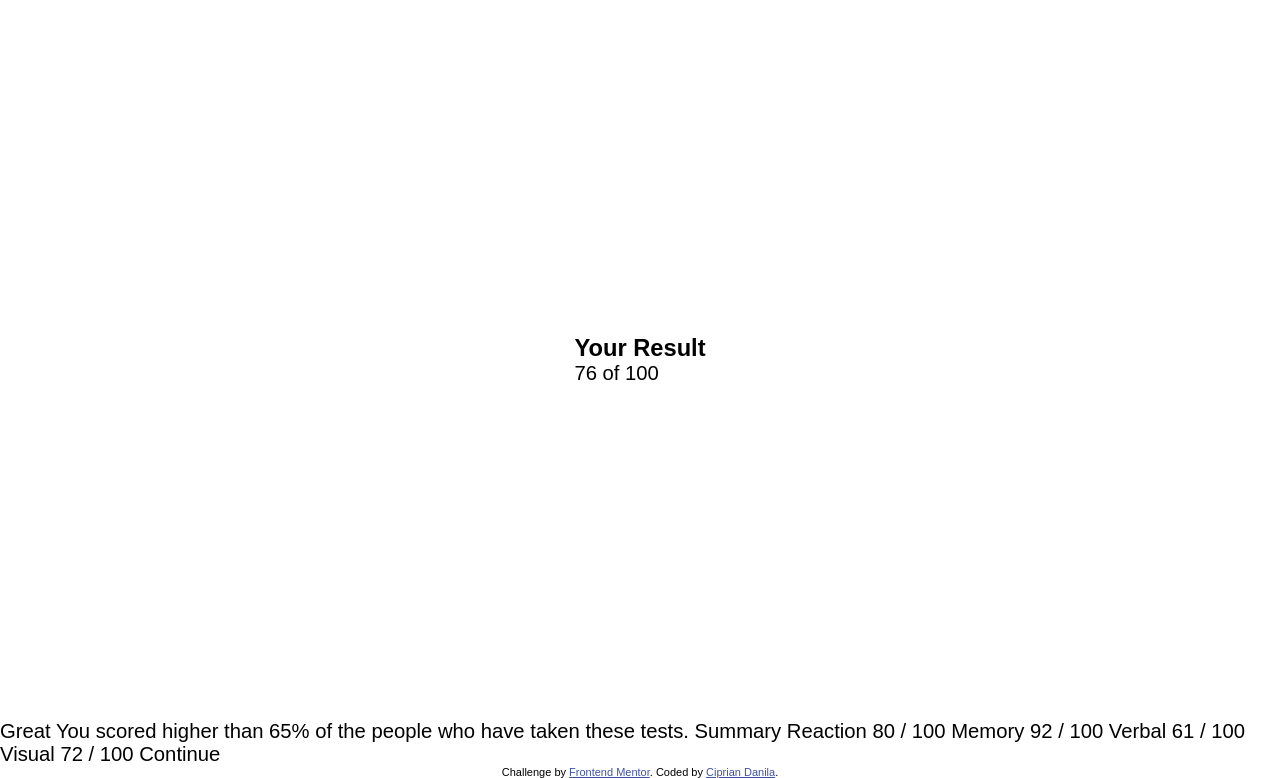
Repository: cipdanila/results-summary-component
Page: index.html
An editor plug-in stored every save of this project. The page is shown before and after the next save, followed by the edit.
The browser window is 1280 px wide. The pictures show the whole page.

Above is the page before, as saved 2024-02-01 20:12:19.

### index.html
<!DOCTYPE html>
<html lang="en">
<head>
  <meta charset="UTF-8">
  <meta name="viewport" content="width=device-width, initial-scale=1.0"> <!-- displays site properly based on user's device -->

  <link rel="icon" type="image/png" sizes="32x32" href="./assets/images/favicon-32x32.png">
  <link rel="stylesheet" href="styles.css">
  <title>Frontend Mentor | Results summary component</title>

</head>
<body>
  <main>
    <div class="card">
      <div class="result">
        <h3>Your Result</h3>
        <div class="score">
          76
          of 100
        </div>
      </div>
      <div class="summary">

      </div>
    </div>
  </main>




  Great
  You scored higher than 65% of the people who have taken these tests.

  Summary

  Reaction
  80 / 100

  Memory
  92 / 100

  Verbal
  61 / 100

  Visual
  72 / 100

  Continue

  <footer>
    <div class="attribution">
        Challenge by
        <a
            href="https://www.frontendmentor.io/challenges/results-summary-component-CE_K6s0maV/hub"
            target="_blank"
            rel="noopener noreferer"
            >Frontend Mentor</a
        >. Coded by <a href="https://github.com/cipdanila" target="_blank" rel="noopener noreferer">Ciprian Danila</a>.
    </div>
</footer>
</body>
</html>

### styles.css
@import url('https://fonts.googleapis.com/css2?family=Hanken+Grotesk:wght@500;700;800&display=swap');

:root {
    /* Colors */
    /* Primary */
    --light-red: hsl(0, 100%, 67%);
    --orange-yellow: hsl(39, 100%, 56%);
    --green-teal: hsl(166, 100%, 37%);
    --cobalt-blue: hsl(234, 85%, 45%);
    /* Gradients */
    --light-slate-blue: hsl(252, 100%, 67%);    /*  (background) */
    --light-royal-blue: hsl(241, 81%, 54%);    /* (background) */

    --violet-blue: hsla(256, 72%, 46%, 1); /* (circle) */
    --persian-blue: hsla(241, 72%, 46%, 0);    /* (circle) */
    /* Neutral */
    --white: hsl(0, 0%, 100%);
    --pale-blue: hsl(221, 100%, 96%);
    --light-lavender: hsl(241, 100%, 89%);
    --dark-gray-blue: hsl(224, 30%, 27%);
}

*, *::after, *::before {
    box-sizing: border-box;
    margin: 0;
    padding: 0;
}

body, html {
    height: 100%;
    font-family: "Outfit", sans-serif;
    font-size: 1.125rem;                /* 18px */
    font-weight: 300;
    background-color: var(--white);
}

main {
    display: flex;
    justify-content: center;
    align-items: center;
    height: 100%;
}

.attribution {
    font-size: 11px;
    text-align: center;
}
.attribution a {
    color: hsl(228, 45%, 44%);
}

After the next save:
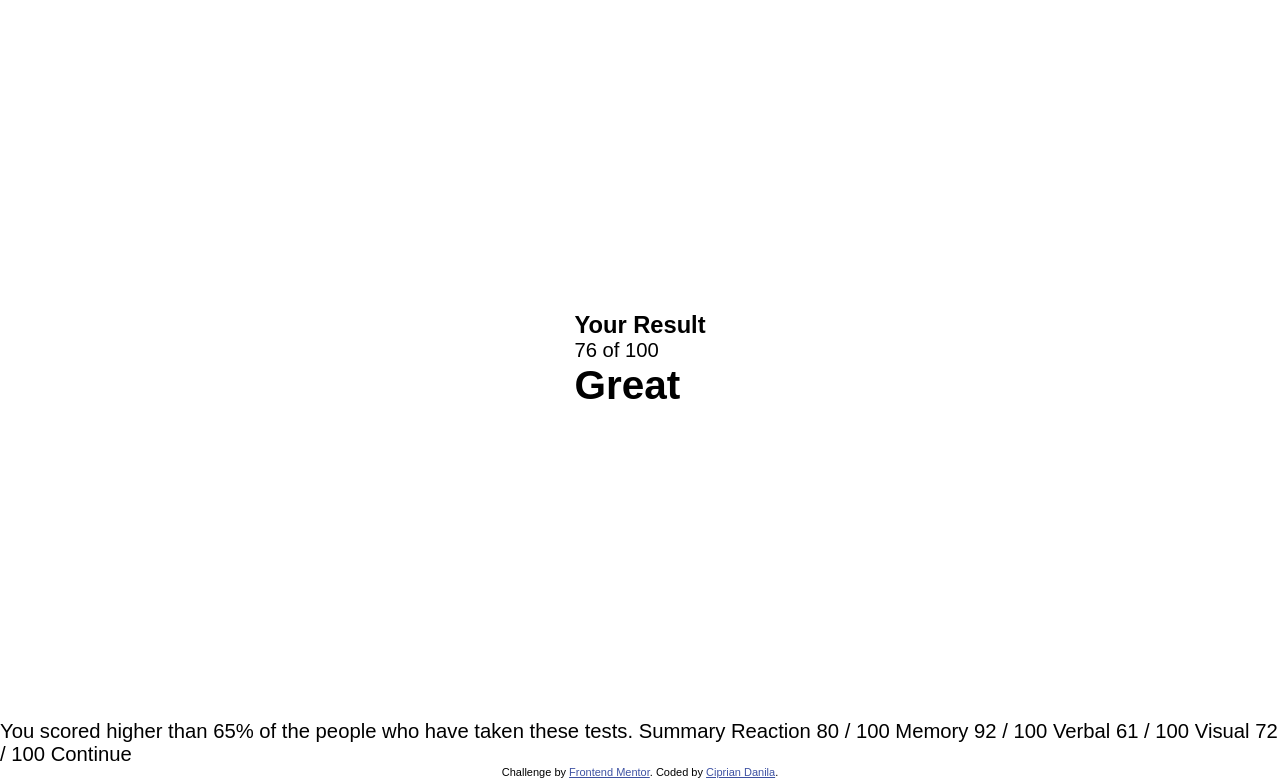
Saved 18 s later.
--- a/index.html
+++ b/index.html
@@ -18,6 +18,7 @@
           76
           of 100
         </div>
+        <h1>Great</h1>
       </div>
       <div class="summary">
 
@@ -28,7 +29,7 @@
 
 
 
-  Great
+
   You scored higher than 65% of the people who have taken these tests.
 
   Summary
